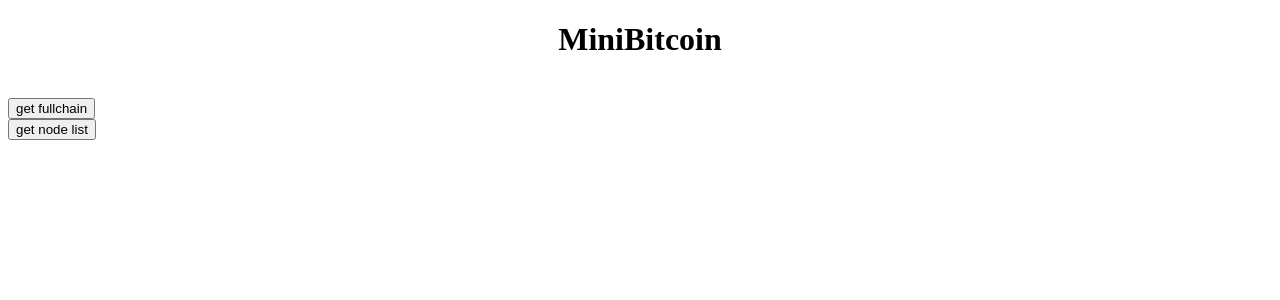
Repository: lam4562311/Minibitcoin
Page: http://localhost/
An editor plug-in stored every save of this project. The page is shown before and after the next save, followed by the edit.
The browser window is 1280 px wide. The pictures show the whole page.
Some web libraries are served in a nearby version. The page is served by the project's application, run on Flask 3 (bitcoin-5003.py).

Above is the page before, as saved 2022-04-08 22:18:20.

### templates/homepage.html
<!DOCTYPE html>
<html>
<head>
    <style>
        .center {
          margin:10px 0px 10px 0px;
          position: absolute;
          left: 50%;
          -ms-transform: translate(-50%, -50%);
          transform: translate(-50%, -50%);
        }
        </style>
</head>
    <body>

        <h1><center> MiniBitcoin </center></h1>


        <span id="fullchain_span"></span>
        <br>
            <button id="get_chain_bt">get fullchain</button>

        <span id="node_list_span"></span>
        <br>

            <button id="get_node_bt">get node list</button>

    <script src="//ajax.googleapis.com/ajax/libs/jquery/1.9.1/jquery.min.js"></script>
    <script src="{{url_for("static", filename="index.js")}}"></script>
    </body>
</html>

### bitcoin-5003.py
from operator import contains
import wx
from bitcoinclass import Transaction,Wallet,Block,Blockchain
from flask import Flask, jsonify, request, render_template, redirect, url_for, send_file
from urllib.parse import urlparse
import json
import re
import requests
import io
import logging
app = Flask(__name__)

#Flask API
@app.route('/new_transaction', methods=['POST'])
def new_transaction():
    values = request.form

    # Check that the required fields are in the PoST'ed data
    required = ['recipient_address', 'amount']
    if not all(k in values for k in required):
        return 'Missing values', 400

    #Create a new Transaction
    transaction = Transaction(myWallet.identity, values['recipient_address'], values[ 'amount'])
    transaction.add_signature(myWallet.sign_transaction(transaction))
    transaction_result = blockchain.add_new_transaction(transaction)

    if transaction_result:
        response = { 'message': 'Transaction will be added to Block'}
        return jsonify(response), 201
    else:
        response = {'message': 'Invalid Transaction!'}
        return jsonify(response), 406

@app.route( '/get_transactions' , methods=[ 'GET'])
def get_transactions():
    #Get transactions from transactions pool
    transactions = blockchain.unconfirmed_transactions
    response = {'transactions' : transactions}
    return jsonify(response), 200

@app.route('/chain', methods=['GET'])
def last_ten_blocks():
    response = {
        'chain' : blockchain.chain[-10:],
        'length': len(blockchain.chain),
    }
    return jsonify(response), 200


@app.route('/fullchain', methods=['GET'])
def full_chain():
    response = {
    'chain' : json.dumps(blockchain.chain),
    'length' : len(blockchain.chain),
    }
    return jsonify (response), 200

@app.route('/get_nodes', methods=['GET'])
def get_nodes():
    nodes = list(blockchain.nodes)
    response = {'nodes' : nodes}
    return jsonify(response), 200

@app.route('/register_node', methods=['POST'])
def register_node():
    values = request.form
    node = values.get('node')
    com_port = values.get('com_port')
    if node is None and com_port is None:
        return "Error: Please supply a valid list of nodes", 400
    if com_port is not None:
        blockchain.register_node(request.remote_addr + ":" + com_port)
        node = request.remote_addr + ":" + com_port
        app.logger.warning(node)
    else:
        blockchain.register_node(node)
    node_list = requests.get('http://' + node + '/get_nodes')
    if node_list.status_code == 200:
        node_list = node_list.json()['nodes']
        for node in node_list:
            blockchain.register_node( node)

    for new_nodes in blockchain.nodes:
        requests.post( 'http://' + new_nodes + '/register_node' , data={'com_port':str(port)})

    replaced = blockchain.consensus()
    if replaced:
        app.logger.warning('replaced')
        response ={
        'message' : 'Longer authoritative chain found from peers, replacing ours' ,
        'total_nodes ' : [node for node in blockchain.nodes]}
    else:
        response ={
        'message': 'New nodes have been added,but our chain is authoritative',
        'total_nodes' : [node for node in blockchain.nodes]
    }
    return jsonify(response), 201

@app.route('/consensus', methods=['GET'])
def consensus():
    replaced = blockchain.consensus()
    if replaced:
        app.logger.info('replaced')
        response = {
            'message' : 'our chain was replaced',
        }
    else:
        app.logger.info('not replaced')
        response = {
        'message ' : 'our chain is authoritative',
        }
    return jsonify(response), 200

@app.route('/mine', methods=[ 'GET'])
def mine():
    blockchain.boardcast_transactions(request.host)

    newblock = blockchain.mine(myWallet)
    for node in blockchain.nodes:
        ans = requests.get('http://' + node + '/consensus')
        app.logger.info(ans)
    response = {
        'index' : newblock.index,
        'transactions' : newblock.transactions,
        'timestamp' : newblock.timestamp,
        'nonce' : newblock.nonce,
        'hash' : newblock.hash,
        'previous_hash' : newblock.previous_hash
    }
    return jsonify( response), 200

@app.route('/import_key', methods=['POST'])
def import_key():
    f = request.files['file']
    blob = f.read()
    myWallet.import_key(blob)
    return 'key imported successfully'

@app.route('/export_key', methods=['GET'])
def export_key():
    blob = myWallet.export_key()
    return send_file(
        io.BytesIO(blob),
        mimetype='application/octet-stream',
        as_attachment = True,
        attachment_filename = "keyfile")

@app.route('/get_status', methods=['GET'])
def get_status():
    response ={
        'public_key' : myWallet.identity,
        'balance': blockchain.get_balance(myWallet.identity)
    }
    return jsonify(response),200

@app.route('/update_balance', methods=['PUT'])
def update_balance():
    myWallet.balance = blockchain.get_balance(myWallet.identity)
    response = {'message': 'Balance updated'}
    return jsonify(response), 200

@app.route('/sync_transactions', methods=['GET'])
def sync_transactions():
    result = blockchain.boardcast_transactions(request.host)
    if result:
        response = {
            'message': 'Synchronized Transactions'
        }
    else:
        resonse = {'message': 'False'}
    return jsonify(resonse), 200

@app.route('/')
def index():
    return render_template('homepage.html')

if __name__ == '__main__':
    myWallet = Wallet()
    blockchain = Blockchain()
    port = 5003
    app.logger.setLevel(logging.DEBUG)
    app.run(host='127.0.0.1', port=port, debug = True)

### static/index.js
let get_chain_bt = document.querySelector("#get_chain_bt");
let get_node_bt = document.querySelector("#get_node_bt");

let full_chain_span = document.querySelector("#fullchain_span")
let full_node_span = document.querySelector("#node_list_span")
function get_full_chain(){
    $.ajax({
        type: "GET",
        contentType: "application/json; charset=utf-8",
        url:"/fullchain",
        dataType: "json",
        success: (data) => {
            full_chain_span.innerHTML = JSON.stringify(data);
        }
    });

}
function get_node_list(){
    $.ajax(
        {
            type: "GET",
            contentType: "application/json; charset: utf-8",
            url:"/get_nodes",
            dataType: "json",
            success: (data) => {
                full_node_span.innerHTML = JSON.stringify(data);
            }
        }
    )
}
$(get_chain_bt).click(()=>get_full_chain());
$(get_node_bt).click(()=>get_node_list());

After the next save:
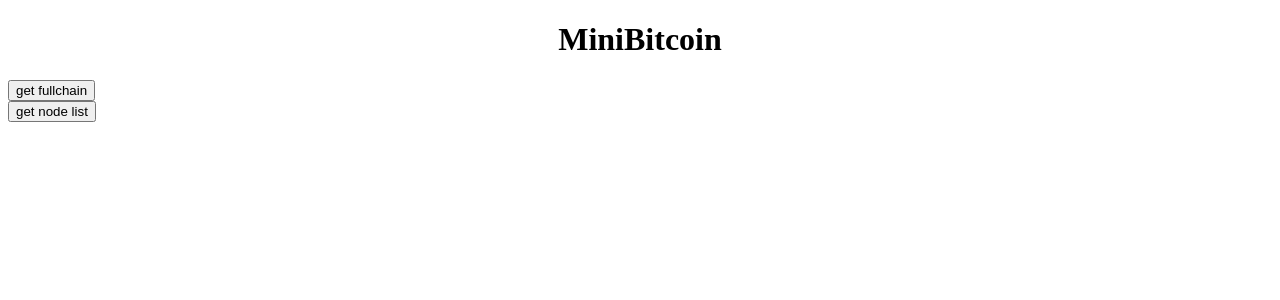
Saved 24 s later.
--- a/templates/homepage.html
+++ b/templates/homepage.html
@@ -17,11 +17,9 @@
 
 
         <span id="fullchain_span"></span>
+            <button id="get_chain_bt">get fullchain</button>
         <br>
-            <button id="get_chain_bt">get fullchain</button>
-
         <span id="node_list_span"></span>
-        <br>
 
             <button id="get_node_bt">get node list</button>
 
